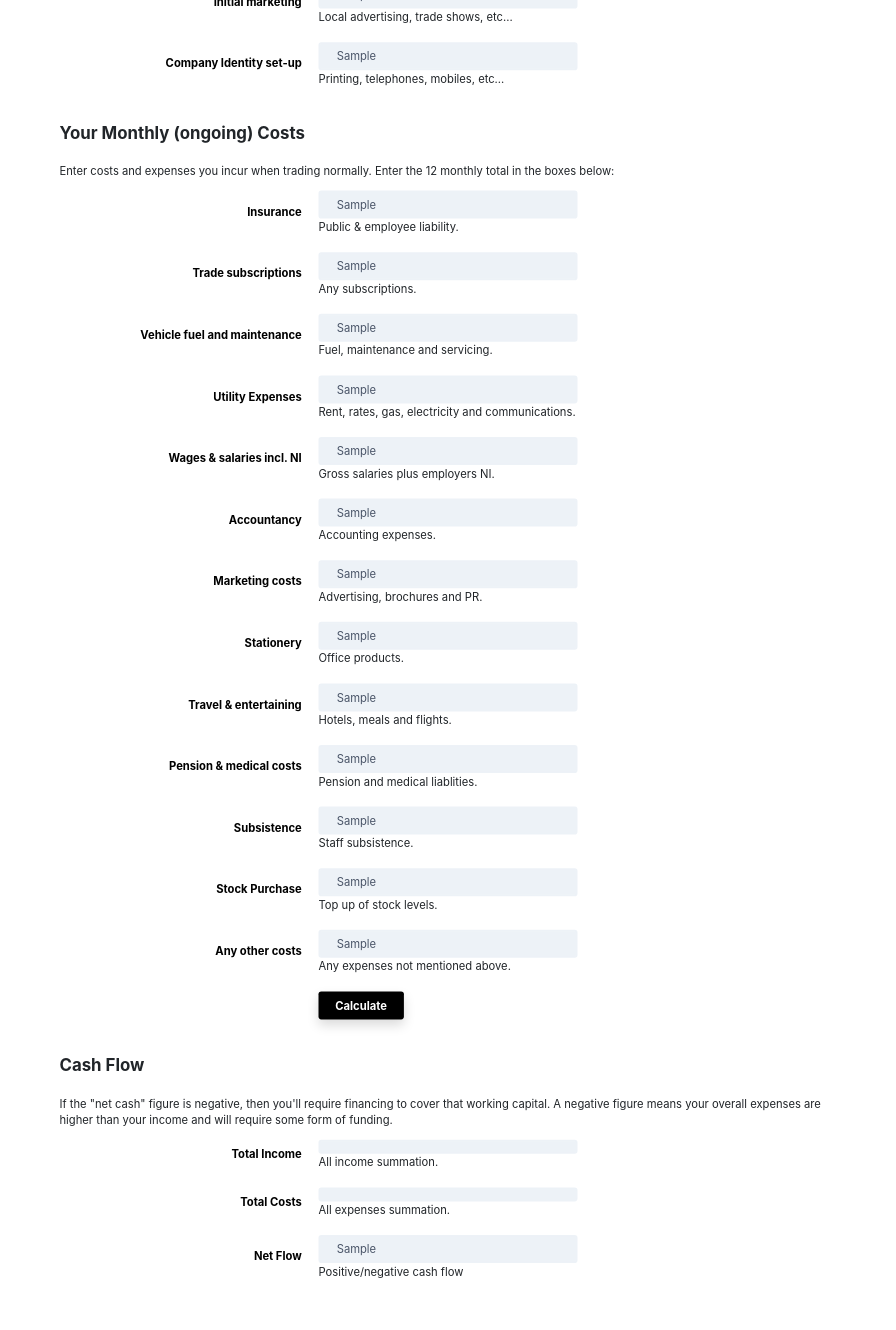
Repository: latenightsnacc/Financial-Forecast
Page: financial-forecast.html
The author's editor kept a copy of each file at every save. The page is drawn from the files as they stood at one save, then again after the next save.
The browser window is 1280 px wide. The pictures show the part of the page from y = 1026 to 2946 px (the page is 2926 px tall before and 2946 px after), at 70% of full size.
Empty fields were first filled with sample values (such as "Sample", 5 or name@example.com).
After loading, the first visible `#calculate` was clicked once.

Above is the page before, as saved 2020-11-22 19:50:51.

After the next save:
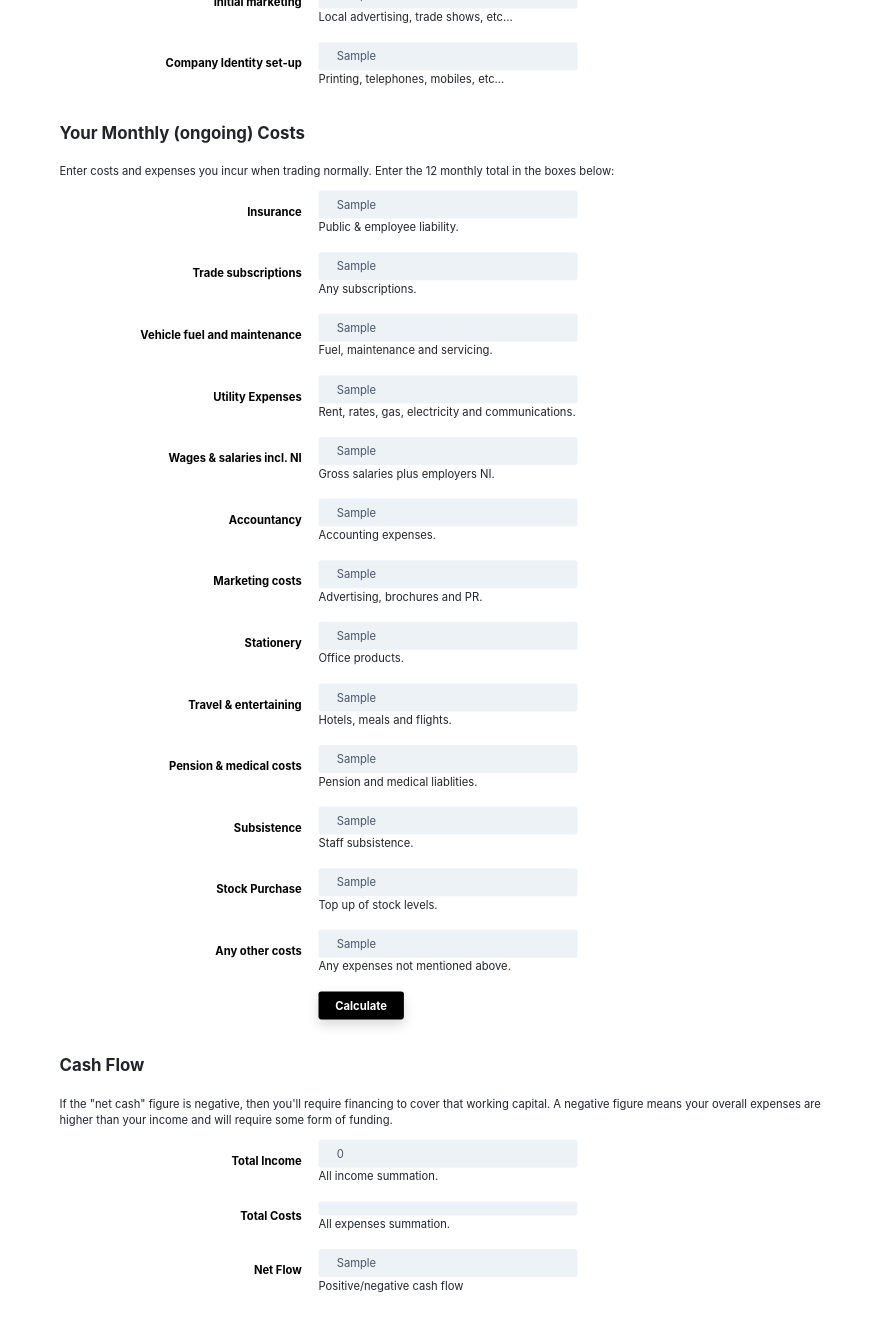
Saved 97 s later.
--- a/main.js
+++ b/main.js
@@ -5,6 +5,7 @@ let totalIncome = document.getElementById('total-income');
 let calculate = document.getElementById('calculate');
 
 calculate.addEventListener('click', function(){
-    let sum = salesIncome + otherIncome;
-	totalIncome.textContent = sum;
+    console.log(salesIncome);
+    // let sum = salesIncome + otherIncome;
+	// totalIncome.textContent = sum;
 });
